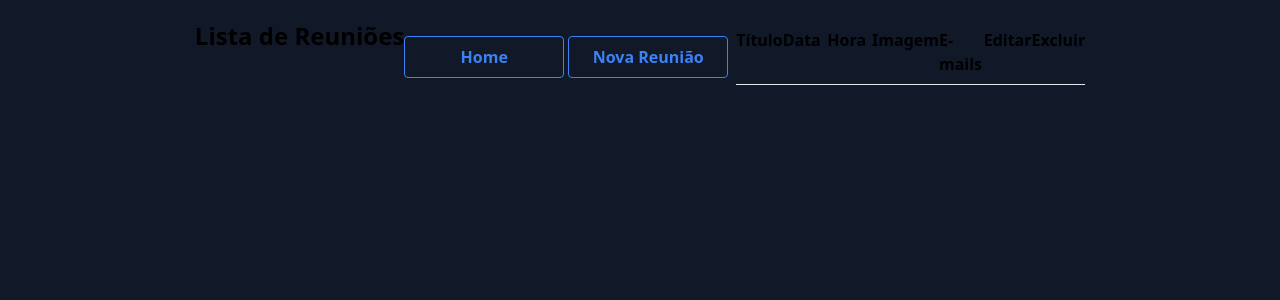
Repository: TamiBeira/meeting
Page: /meetings
These files come from the project's save history. The page is drawn as it stood at one moment and after the next save; the edit follows.
The browser window is 1280 px wide. The pictures show the whole page.
The project was rebuilt for these pictures with package versions that can differ from the ones it lists, and the page was loaded fresh each time. Also part of the build but not shown: vite.config.ts, src/contexts/FormContext.tsx, src/components/Form.tsx, src/components/HomePage.tsx.

Above is the page before, as saved 2024-02-27 00:14:46.

### index.html
<!doctype html>
<html lang="pt">
  <head>
    <meta charset="UTF-8" />
    <meta name="viewport" content="width=device-width, initial-scale=1.0" />
    <title>Meeting</title>
  </head>
  <body>
    <div id="root"></div>
    <script type="module" src="/src/main.tsx"></script>
  </body>
</html>

### src/app.tsx
import { BrowserRouter as Router, Routes, Route } from 'react-router-dom';
import { FormProvider } from './contexts/FormContext';
import { MeetingsProvider } from './contexts/MeetingsContext';
import { Form } from './components/Form';
import { MeetingsView } from './components/MeetingsView';
import { HomePage } from './components/HomePage';

export const App = () => {
  return (
    <Router>
      <Routes>
        <Route path="/" element={<HomePage />} />
        <Route path="/form" element={<FormProvider><Form /></FormProvider>} />
        <Route path="/meetings" element={<MeetingsProvider><MeetingsView /></MeetingsProvider>} />
      </Routes>
    </Router>
  );
};

### src/contexts/MeetingsContext.tsx
import React, { createContext, useState, useEffect, useContext } from 'react';
import { toast } from 'react-toastify';

export interface Meeting {
  title: string;
  data: string;
  hora: string;
  imagem?: string;
  imagemPath?: string;
  emails: string[];
}

interface MeetingsContextType {
  meetings: Meeting[];
  editableIndex: number | null;
  editedMeeting: Meeting;
  handleEdit: (index: number) => void;
  handleSave: () => void;
  handleDelete: (index: number) => void;
  handleInputChange: (event: React.ChangeEvent<HTMLInputElement>, key: string) => void;
}

interface MeetingContextProviderProps {
  children: React.ReactNode;
}

const MeetingsContext = createContext<MeetingsContextType | undefined>(undefined);

export const useMeetingsContext = () => {
  const context = useContext(MeetingsContext);
  if (!context) {
    throw new Error('useMeetingsContext must be used within a MeetingsProvider');
  }
  return context;
};

export const MeetingsProvider: React.FC<MeetingContextProviderProps> = ({ children }) => {
  const [meetings, setMeetings] = useState<Meeting[]>([]);
  const [editableIndex, setEditableIndex] = useState<number | null>(null);
  const [editedMeeting, setEditedMeeting] = useState<Meeting>({
    title: '',
    data: '',
    hora: '',
    emails: [],
  });

  useEffect(() => {
    const storedMeetings = localStorage.getItem('meetingData');
    if (storedMeetings) {
      setMeetings(JSON.parse(storedMeetings));
    }
  }, []);

  const handleEdit = (index: number) => {
    setEditableIndex(index);
    setEditedMeeting(meetings[index]);
  };

  const handleSave = () => {
    if (editableIndex === null) return;

    const updatedMeetings = [...meetings];
    updatedMeetings[editableIndex] = editedMeeting;
    setMeetings(updatedMeetings);
    localStorage.setItem('meetingData', JSON.stringify(updatedMeetings));
    setEditableIndex(null);
    setEditedMeeting({
      title: '',
      data: '',
      hora: '',
      emails: [],
    });
    toast.success('Reunião salva com sucesso!');
  };

  const handleDelete = (index: number) => {
    const confirmDelete = window.confirm('Tem certeza que deseja excluir esta reunião?');
    if (confirmDelete) {
      const updatedMeetings = [...meetings];
      updatedMeetings.splice(index, 1);
      setMeetings(updatedMeetings);
      localStorage.setItem('meetingData', JSON.stringify(updatedMeetings));
      toast.success('Reunião excluída com sucesso!');
    }
  };

  const handleInputChange = (event: React.ChangeEvent<HTMLInputElement>, key: string) => {
    setEditedMeeting({ ...editedMeeting, [key]: event.target.value });
  };

  const contextValue: MeetingsContextType = {
    meetings,
    editableIndex,
    editedMeeting,
    handleEdit,
    handleSave,
    handleDelete,
    handleInputChange,
  };

  return (
    <MeetingsContext.Provider value={contextValue}>
      {children}
    </MeetingsContext.Provider>
  );
};

### src/components/MeetingsView.tsx
import React from 'react';
import { Link } from 'react-router-dom';
import { ToastContainer } from 'react-toastify';
import { FaEdit, FaTrash } from 'react-icons/fa';
import { useMeetingsContext } from '../contexts/MeetingsContext';

export const MeetingsView: React.FC = () => {
  const {
    meetings,
    editableIndex,
    editedMeeting,
    handleEdit,
    handleSave,
    handleDelete,
    handleInputChange,
  } = useMeetingsContext();

  const handleImageChange = (e: React.ChangeEvent<HTMLInputElement>) => {
    const file = e.target.files && e.target.files[0];
    if (file) {
      const reader = new FileReader();
      reader.onloadend = () => {
        const imageDataUrl = reader.result as string;
        handleInputChange({ target: { value: imageDataUrl } } as React.ChangeEvent<HTMLInputElement>, 'imagem');
      };
      reader.readAsDataURL(file);
    }
  };

  return (
    <div className="mx-auto bg-gray-900 w-full h-screen p-5 flex col-span-full justify-center">
      <h2 className="text-2xl font-bold mb-4">Lista de Reuniões</h2>
      <div className="mt-4 mb-4">
        <Link to="/" className="w-40 mr-1 inline-block text-center border border-solid border-blue-500 text-blue-500 font-bold px-4 py-2 rounded">Home</Link>
        <Link to="/form" className="w-40 inline-block text-center border border-solid border-blue-500 text-blue-500 font-bold mr-2 px-4 py-2 rounded">Nova Reunião</Link>
      </div>
      <ul>
        <li className="border-b border-gray-200 py-2 flex sm:flex-row font-semibold max-w-5xl">
          <div className="w-1/5">Título</div>
          <div className="w-1/5">Data</div>
          <div className="w-1/5">Hora</div>
          <div className="w-1/5">Imagem</div>
          <div className="w-1/5">E-mails</div>
          <div className="w-1/5 text-center">Editar</div>
          <div className="w-1/5 text-center">Excluir</div>
        </li>
        {meetings.map((meeting, index) => (
          <li key={index} className="max-w-5xl border-b border-gray-200 py-4 flex flex-col sm:flex-row justify-center items-center">
            {editableIndex === index ? (
              <>
                <input
                  type="text"
                  value={editedMeeting.title}
                  onChange={(e) => handleInputChange(e, 'title')}
                  className="mb-2 sm:mb-0 mr-4 px-4 py-2 border rounded-md shadow-sm focus:outline-none focus:ring-blue-500 focus:border-blue-500 max-w-28"
                  placeholder="Título"
                />
                <input
                  type="date"
                  value={editedMeeting.data}
                  onChange={(e) => handleInputChange(e, 'data')}
                  className="mb-2 sm:mb-0 mr-4 px-4 py-2 border rounded-md shadow-sm focus:outline-none focus:ring-blue-500 focus:border-blue-500"
                />
                <input
                  type="time"
                  value={editedMeeting.hora}
                  onChange={(e) => handleInputChange(e, 'hora')}
                  className="mb-2 sm:mb-0 mr-4 px-4 py-2 border rounded-md shadow-sm focus:outline-none focus:ring-blue-500 focus:border-blue-500"
                />
                <div className="flex items-center w-1/5">
                  <input
                    type="file"
                    accept="image/*"
                    onChange={handleImageChange}
                    className="hidden"
                    id="input-image"
                  />
                  <label htmlFor="input-image" className="cursor-pointer mr-2 underline text-blue-500">Escolher outra imagem</label>
                  {editedMeeting.imagem && (
                    <img src={editedMeeting.imagem} alt="Imagem da reunião" className="max-w-xs h-12" />
                  )}
                </div>
                <input
                  type="text"
                  value={editedMeeting.emails.join(', ')}
                  onChange={(e) => handleInputChange(e, 'emails')}
                  className="mb-2 sm:mb-0 mr-4 px-4 py-2 border rounded-md shadow-sm focus:outline-none focus:ring-blue-500 focus:border-blue-500 w-64"
                  placeholder="E-mails"
                />
                <div>
                  <button
                    onClick={handleSave}
                    className="bg-green-500 hover:bg-green-700 text-white font-bold py-2 px-4 mr-2 rounded"
                  >
                    Salvar
                  </button>
                </div>
              </>
            ) : (
              <>
                <div className="w-1/5">{meeting.title}</div>
                <div className="w-1/5">{meeting.data}</div>
                <div className="w-1/5">{meeting.hora}</div>
                <div className="w-1/5">
                  <img src={meeting.imagem} alt="Imagem da reunião" width={50} height={50}/>
                </div>
                <div className="w-1/5">{Array.isArray(meeting.emails) ? meeting.emails.join(', ') : ''}</div>
                <div className="w-1/5 text-center">
                  <button
                    onClick={() => handleEdit(index)}
                    className="text-blue-500 font-bold"
                  >
                    <FaEdit className="inline-block mr-1" />
                  </button>
                </div>
                <div className='w-1/5 justify-center text-center'>
                  <button
                    onClick={() => handleDelete(index)}
                    className="text-red-500 font-bold"
                  >
                    <FaTrash className="inline-block mr-1" />
                  </button>
                </div>
              </>
            )}
          </li>
        ))}
      </ul>
      <ToastContainer />
    </div>
  );
};

### tailwind.config.js
/** @type {import('tailwindcss').Config} */
export default {
  content: [
    "./index.html",
    "./src/**/*.tsx",
  ],
  theme: {
    extend: {},
  },
  plugins: [],
}

Loaded but not shown: src/main.tsx (common file); src/index.css (common file)

After the next save:
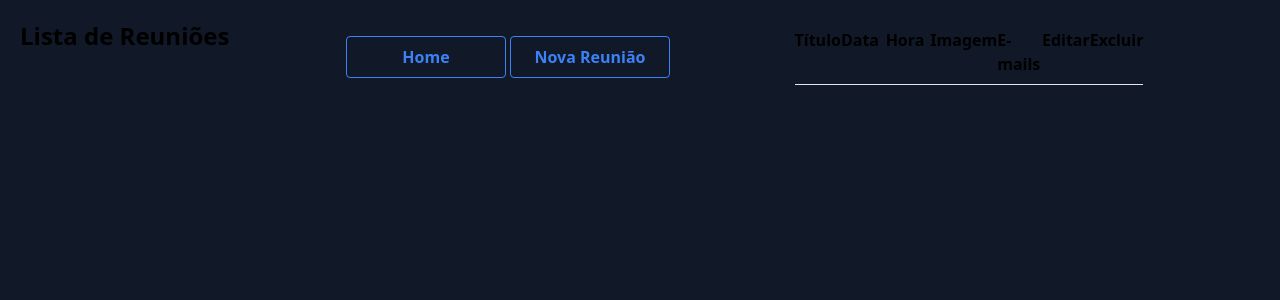
Saved 21 s later.
--- a/src/components/MeetingsView.tsx
+++ b/src/components/MeetingsView.tsx
@@ -28,7 +28,7 @@
   };
 
   return (
-    <div className="mx-auto bg-gray-900 w-full h-screen p-5 flex col-span-full justify-center">
+    <div className="mx-auto bg-gray-900 w-full h-screen p-5 flex justify-between">
       <h2 className="text-2xl font-bold mb-4">Lista de Reuniões</h2>
       <div className="mt-4 mb-4">
         <Link to="/" className="w-40 mr-1 inline-block text-center border border-solid border-blue-500 text-blue-500 font-bold px-4 py-2 rounded">Home</Link>

After the save that followed:
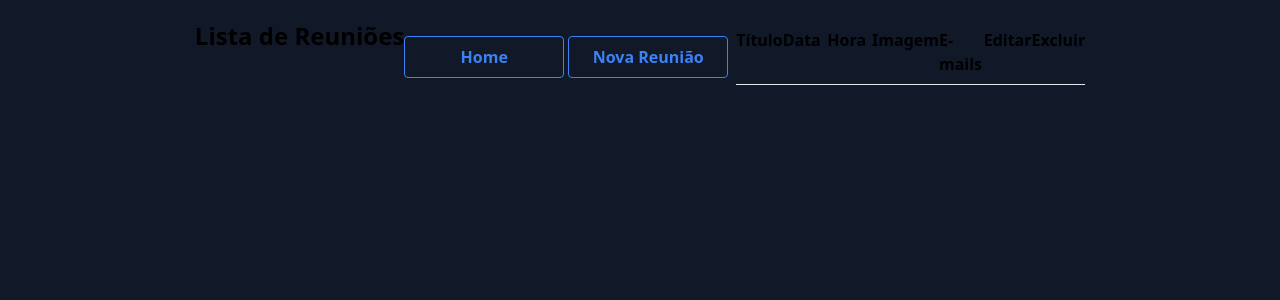
Saved 17 s later.
--- a/src/components/MeetingsView.tsx
+++ b/src/components/MeetingsView.tsx
@@ -28,7 +28,7 @@
   };
 
   return (
-    <div className="mx-auto bg-gray-900 w-full h-screen p-5 flex justify-between">
+    <div className="mx-auto bg-gray-900 w-full h-screen p-5 flex justify-center">
       <h2 className="text-2xl font-bold mb-4">Lista de Reuniões</h2>
       <div className="mt-4 mb-4">
         <Link to="/" className="w-40 mr-1 inline-block text-center border border-solid border-blue-500 text-blue-500 font-bold px-4 py-2 rounded">Home</Link>
